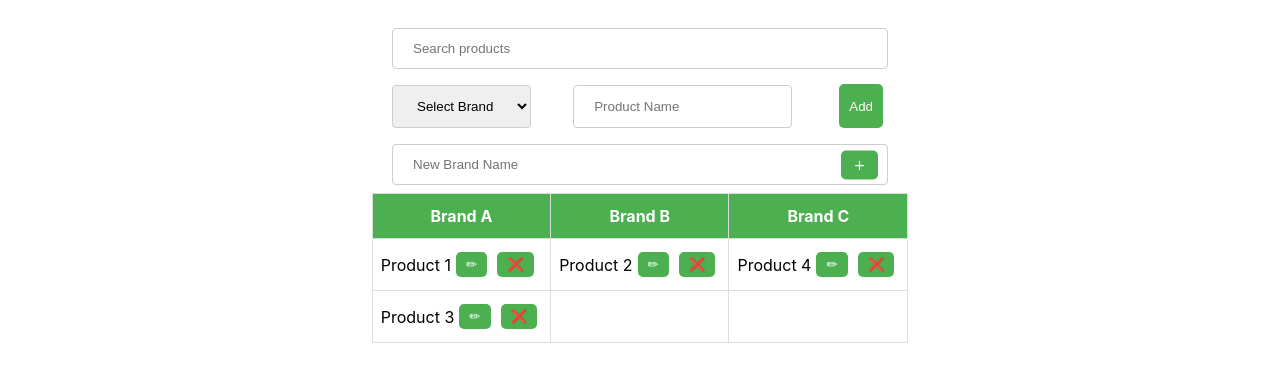
Repository: sunilkc-7/product-manager-app
Page: /
These files come from the project's save history. The page is drawn as it stood at one moment and after the next save; the edit follows.
The browser window is 1280 px wide. The pictures show the whole page.
The project was rebuilt for these pictures with package versions that can differ from the ones it lists, and the page was loaded fresh each time.

Above is the page before, as saved 2023-08-02 19:47:40.

After the next save:
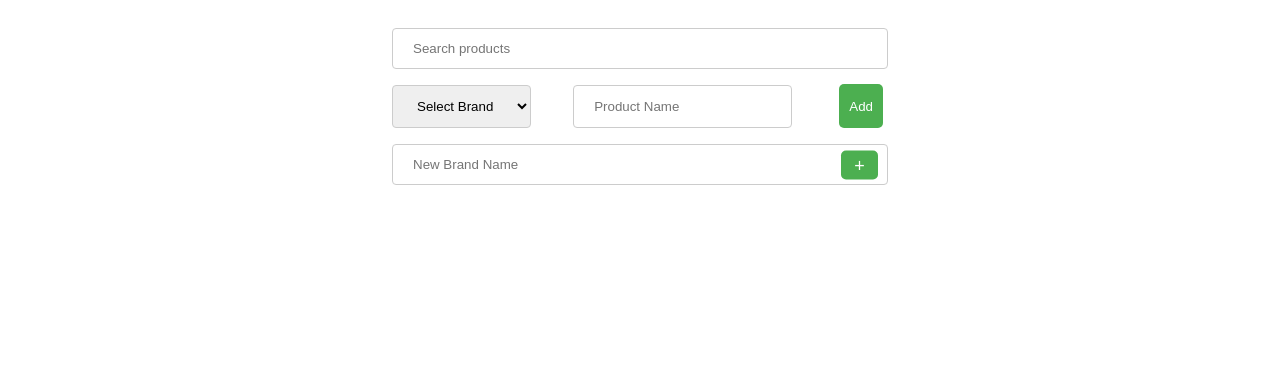
Saved 5 min 41 s later.
--- a/src/App.js
+++ b/src/App.js
@@ -11,6 +11,8 @@
   const [newBrandName, setNewBrandName] = useState("");
   const [currentBrand, setCurrentBrand] = useState("");
   const [editedName, setEditedName] = useState("");
+  const [allBrands, setAllBrands] = useState([]);
+  const [usedBrands, setUsedBrands] = useState([]);
 
   const addProduct = () => {
     if (currentBrand && productName) {
@@ -18,12 +20,27 @@
         ...products,
         { brand: currentBrand, name: productName, isEditing: false },
       ]);
+      if (!usedBrands.includes(currentBrand)) {
+        setUsedBrands([...usedBrands, currentBrand]);
+      }
       setProductName("");
     }
   };
 
   const deleteProduct = (productToDelete) => {
-    setProducts(products.filter((product) => product !== productToDelete));
+    const newProducts = products.filter(
+      (product) => product !== productToDelete
+    );
+    setProducts(newProducts);
+
+    const brandProducts = newProducts.filter(
+      (product) => product.brand === productToDelete.brand
+    );
+    if (brandProducts.length === 0) {
+      setUsedBrands(
+        usedBrands.filter((brand) => brand !== productToDelete.brand)
+      );
+    }
   };
 
   const editProduct = (productToEdit) => {
@@ -46,22 +63,17 @@
   };
 
   const addBrandName = () => {
-    if (newBrandName) {
-      setProducts([
-        ...products,
-        { brand: newBrandName, name: "", isEditing: false },
-      ]);
+    if (newBrandName && !allBrands.includes(newBrandName)) {
+      setAllBrands([...allBrands, newBrandName]);
       setNewBrandName("");
     }
   };
-
-  const brandNames = Array.from(new Set(products.map((p) => p.brand)));
 
   const filteredProducts = products.filter((product) =>
     product.name.toLowerCase().includes(search.toLowerCase())
   );
 
-  const maxProductsInBrand = brandNames.reduce((max, brandName) => {
+  const maxProductsInBrand = usedBrands.reduce((max, brandName) => {
     const relatedProducts = filteredProducts.filter(
       (p) => p.brand === brandName
     );
@@ -83,7 +95,7 @@
           onChange={(e) => setCurrentBrand(e.target.value)}
         >
           <option value="">Select Brand</option>
-          {brandNames.map((brandName, index) => (
+          {allBrands.map((brandName, index) => (
             <option key={index} value={brandName}>
               {brandName}
             </option>
@@ -114,7 +126,7 @@
       <table>
         <thead>
           <tr>
-            {brandNames.map((brandName) => (
+            {usedBrands.map((brandName) => (
               <th key={brandName}>{brandName}</th>
             ))}
           </tr>
@@ -122,7 +134,7 @@
         <tbody>
           {Array.from({ length: maxProductsInBrand }, (_, i) => (
             <tr key={i}>
-              {brandNames.map((brandName) => {
+              {usedBrands.map((brandName) => {
                 const relatedProducts = filteredProducts
                   .filter((p) => p.brand === brandName)
                   .sort((a, b) => a.name.localeCompare(b.name));

After the save that followed:
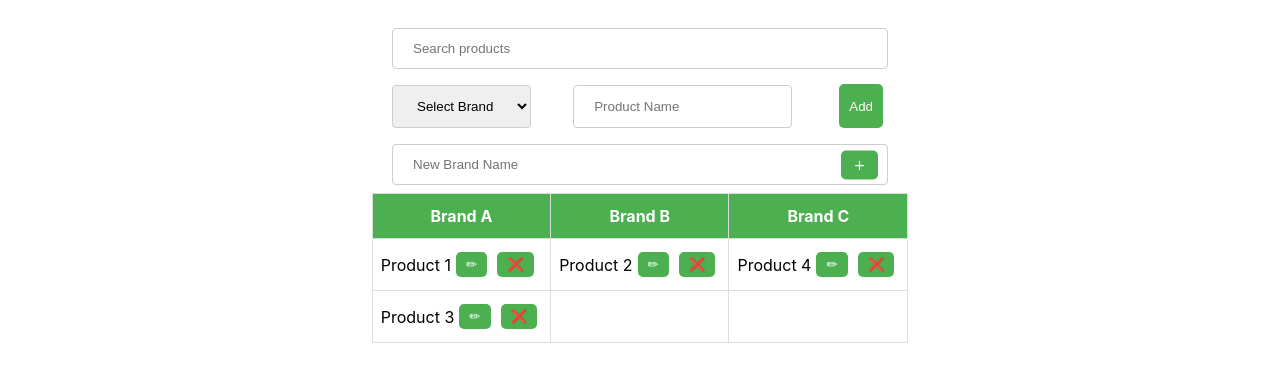
Saved 3 min 16 s later.
--- a/src/App.js
+++ b/src/App.js
@@ -11,8 +11,6 @@
   const [newBrandName, setNewBrandName] = useState("");
   const [currentBrand, setCurrentBrand] = useState("");
   const [editedName, setEditedName] = useState("");
-  const [allBrands, setAllBrands] = useState([]);
-  const [usedBrands, setUsedBrands] = useState([]);
 
   const addProduct = () => {
     if (currentBrand && productName) {
@@ -20,27 +18,12 @@
         ...products,
         { brand: currentBrand, name: productName, isEditing: false },
       ]);
-      if (!usedBrands.includes(currentBrand)) {
-        setUsedBrands([...usedBrands, currentBrand]);
-      }
       setProductName("");
     }
   };
 
   const deleteProduct = (productToDelete) => {
-    const newProducts = products.filter(
-      (product) => product !== productToDelete
-    );
-    setProducts(newProducts);
-
-    const brandProducts = newProducts.filter(
-      (product) => product.brand === productToDelete.brand
-    );
-    if (brandProducts.length === 0) {
-      setUsedBrands(
-        usedBrands.filter((brand) => brand !== productToDelete.brand)
-      );
-    }
+    setProducts(products.filter((product) => product !== productToDelete));
   };
 
   const editProduct = (productToEdit) => {
@@ -63,17 +46,22 @@
   };
 
   const addBrandName = () => {
-    if (newBrandName && !allBrands.includes(newBrandName)) {
-      setAllBrands([...allBrands, newBrandName]);
+    if (newBrandName) {
+      setProducts([
+        ...products,
+        { brand: newBrandName, name: "", isEditing: false },
+      ]);
       setNewBrandName("");
     }
   };
+
+  const brandNames = Array.from(new Set(products.map((p) => p.brand)));
 
   const filteredProducts = products.filter((product) =>
     product.name.toLowerCase().includes(search.toLowerCase())
   );
 
-  const maxProductsInBrand = usedBrands.reduce((max, brandName) => {
+  const maxProductsInBrand = brandNames.reduce((max, brandName) => {
     const relatedProducts = filteredProducts.filter(
       (p) => p.brand === brandName
     );
@@ -95,7 +83,7 @@
           onChange={(e) => setCurrentBrand(e.target.value)}
         >
           <option value="">Select Brand</option>
-          {allBrands.map((brandName, index) => (
+          {brandNames.map((brandName, index) => (
             <option key={index} value={brandName}>
               {brandName}
             </option>
@@ -126,7 +114,7 @@
       <table>
         <thead>
           <tr>
-            {usedBrands.map((brandName) => (
+            {brandNames.map((brandName) => (
               <th key={brandName}>{brandName}</th>
             ))}
           </tr>
@@ -134,7 +122,7 @@
         <tbody>
           {Array.from({ length: maxProductsInBrand }, (_, i) => (
             <tr key={i}>
-              {usedBrands.map((brandName) => {
+              {brandNames.map((brandName) => {
                 const relatedProducts = filteredProducts
                   .filter((p) => p.brand === brandName)
                   .sort((a, b) => a.name.localeCompare(b.name));
